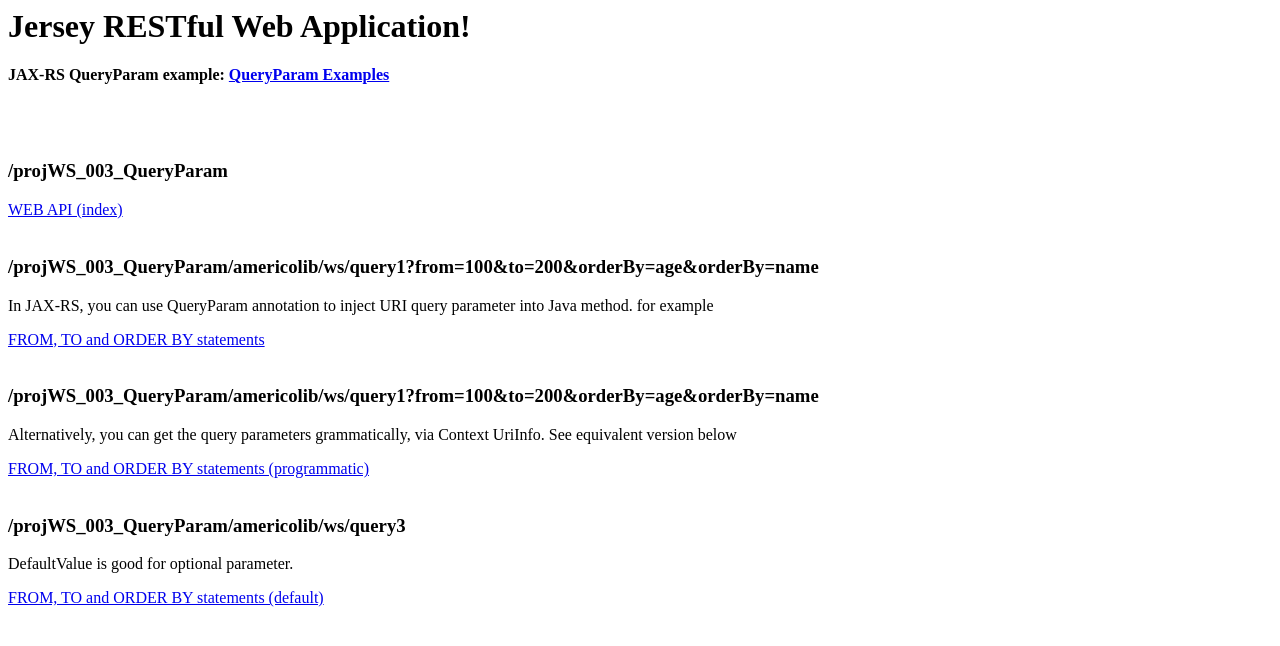
Repository: atafs/BackEnd_JAX-RS_REST_2continue
Page: http://localhost/projWS_003_QueryParam/
These files come from the project's save history. The page is drawn as it stood at one moment and after the next save; the edit follows.
The browser window is 1280 px wide. The pictures show the whole page.
The page is served by Tomcat 9. Other server files are loaded and not shown.

Above is the page before, as saved 2016-05-02 10:14:41.

### projWS_003_QueryParam/src/main/webapp/index.jsp
<html>
<body>
    <!-- TITLE -->
	<h1>Jersey RESTful Web Application!</h1>


	<!-- TEXT -->
	<h4>JAX-RS QueryParam example: <a href="http://www.mkyong.com/webservices/jax-rs/jax-rs-queryparam-example/">QueryParam Examples</a></h4>
	<br/><br/>


	<!-- LINKS -->
	<h3>/projWS_003_QueryParam</h3>
	<a href="http://localhost:8085/projWS_003_QueryParam/">WEB API (index)</a><br/><br/>

	<h3>/projWS_003_QueryParam/americolib/ws/query1?from=100&to=200&orderBy=age&orderBy=name</h3>
	<p>In JAX-RS, you can use QueryParam annotation to inject URI query parameter into Java method. for example</p>
	<a href="http://localhost:8085/projWS_003_QueryParam/americolib/ws/query1?from=100&to=200&orderBy=age&orderBy=name">FROM, TO and ORDER BY statements</a><br/><br/>

	<h3>/projWS_003_QueryParam/americolib/ws/query1?from=100&to=200&orderBy=age&orderBy=name</h3>
	<p>Alternatively, you can get the query parameters grammatically, via Context UriInfo. See equivalent version below</p>
	<a href="http://localhost:8085/projWS_003_QueryParam/americolib/ws/query2?from=100&to=200&orderBy=age&orderBy=name">FROM, TO and ORDER BY statements (programmatic)</a><br/><br/>

	<h3>/projWS_003_QueryParam/americolib/ws/query3</h3>
	<p>DefaultValue is good for optional parameter.</p>
	<a href="http://localhost:8085/projWS_003_QueryParam/americolib/ws/query3">FROM, TO and ORDER BY statements (default)</a><br/><br/>




</body>
</html>

After the next save:
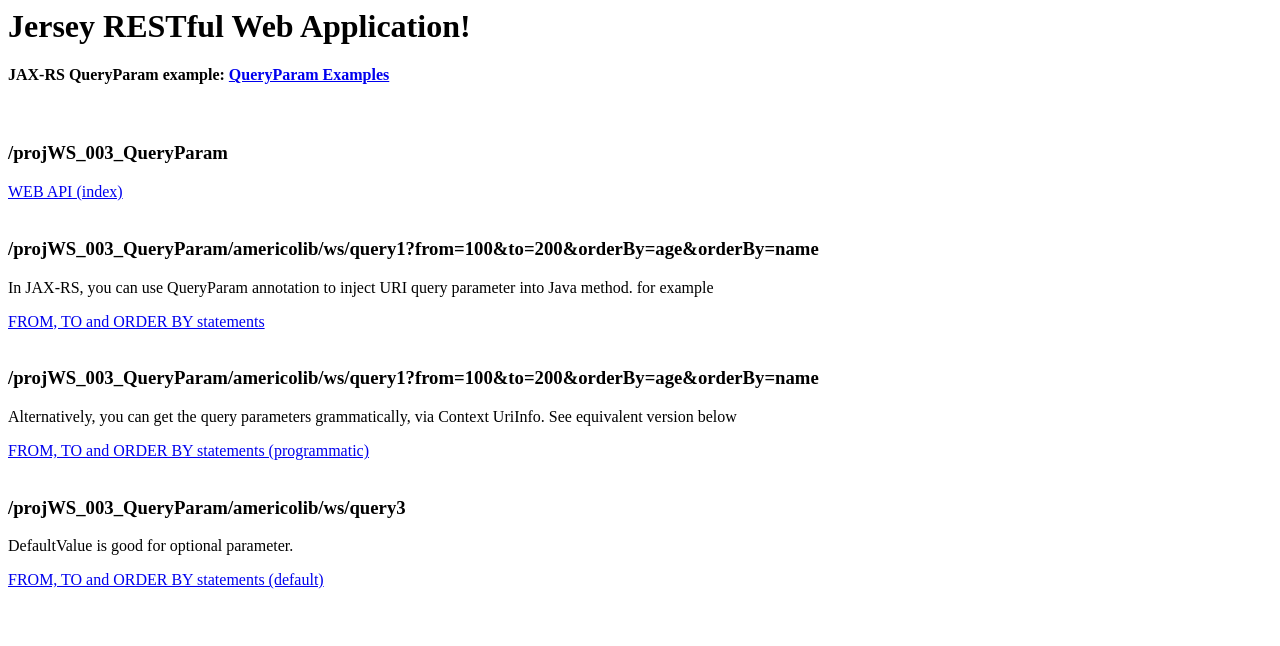
Saved 13 s later.
--- a/projWS_003_QueryParam/src/main/webapp/index.jsp
+++ b/projWS_003_QueryParam/src/main/webapp/index.jsp
@@ -5,9 +5,7 @@
 
 
 	<!-- TEXT -->
-	<h4>JAX-RS QueryParam example: <a href="http://www.mkyong.com/webservices/jax-rs/jax-rs-queryparam-example/">QueryParam Examples</a></h4>
-	<br/><br/>
-
+	<h4>JAX-RS QueryParam example: <a href="http://www.mkyong.com/webservices/jax-rs/jax-rs-queryparam-example/">QueryParam Examples</a></h4><br/>
 
 	<!-- LINKS -->
 	<h3>/projWS_003_QueryParam</h3>
